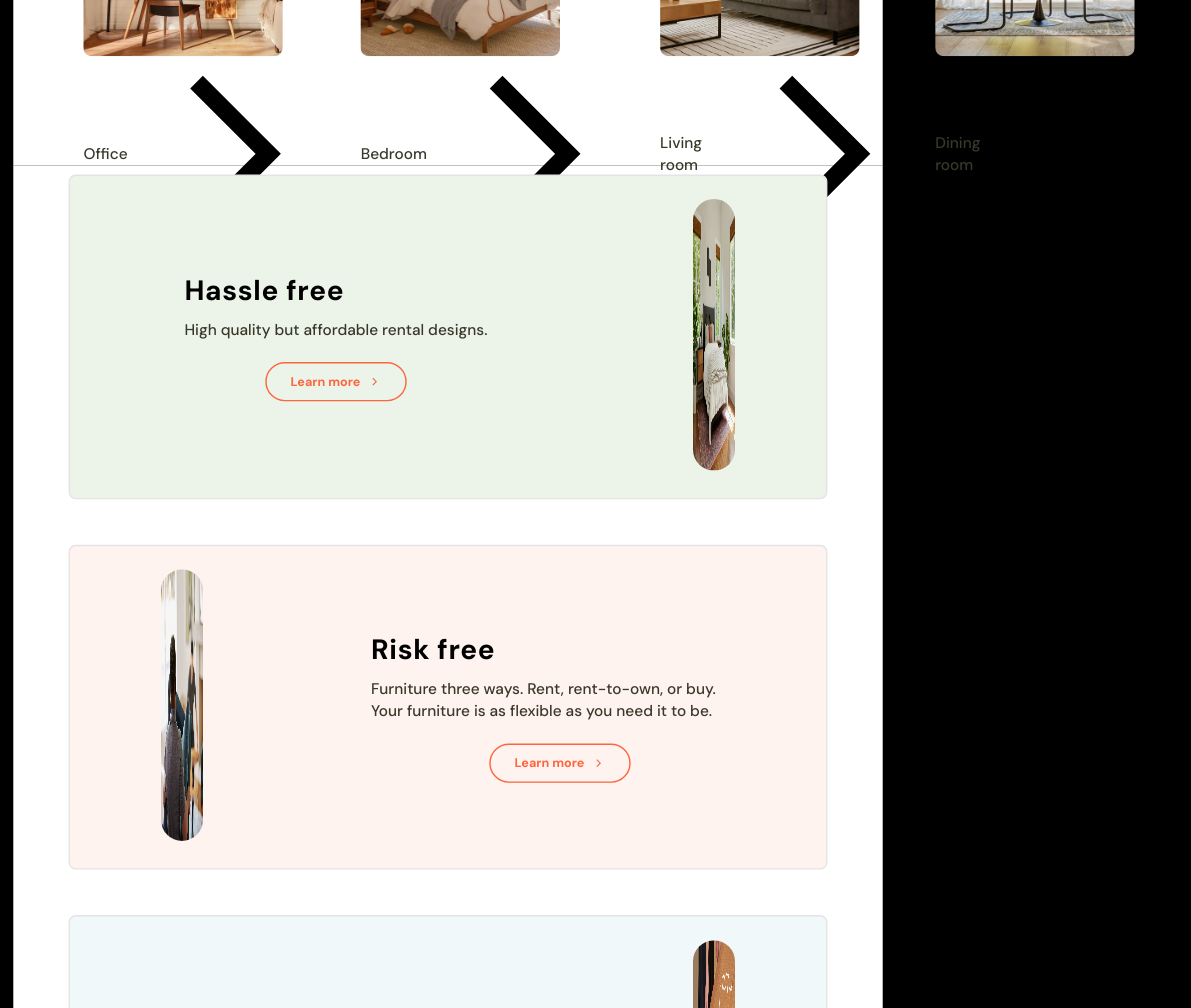
Repository: noman-source/Furniture-website
Page: index.html
These files come from the project's save history. The page is drawn as it stood at one moment and after the next save; the edit follows.
The browser window is 1280 px wide. The page is 1702 px wide, so the pictures cover 1702 px, including what lies to the right of the window. The pictures show the part of the page from y = 1565 to 3005 px (the page is 4311 px tall), at 70% of full size.

Above is the page before, as saved 2025-07-04 13:07:15.

### index.html
<!DOCTYPE html>
<html lang="en">

<head>
    <meta charset="UTF-8">
    <meta name="viewport" content="width=device-width, initial-scale=1.0">
    <title>Document</title>
    <link rel="stylesheet" href="style.css">
</head>

<body>
    <header>
        <div class="navbar">
            <div class="nav-left">
                <ul>
                    <li>Cards</li>
                    <li>About</li>
                    <li>App</li>
                </ul>
            </div>
            <div class="nav-center">
                <ul>
                    <li><img src="asserts/svg/navbar-logo.svg" alt=""></li>
                    <li>Halal_Lab</li>
                </ul>
            </div>
            <div class="nav-right"><button><img src="asserts/svg/search.svg" alt="">Check delivery area</button></div>
        </div>
    </header>
    <main>
        <div class="section1">
            <div class="section1-left">
                <div class="section1-text">
                    <h2>An innovative way to make furniture lighter</h2>
                    <h4>Discover hassle-free delivery, free assembly and the flexibility to rent, rent-to-own or buy.
                    </h4>
                    <div class="section1-butt"><button>
                            <p>Start shopping</p><img src="asserts/svg/arrow.svg" alt="">
                        </button></div>
                </div>
            </div>
            <div class="section1-right">
                <img src="asserts/image/img 1.jpg" alt="">
            </div>
        </div>
        <div class="section2">
            <ul>
                <li><img src="asserts/svg/checkmark-circle-01.svg" alt="">Fast, free delivery & assembly</li>
                <li><img src="asserts/svg/checkmark-circle-01.svg" alt="">Convenient rent or buy options</li>
                <li><img src="asserts/svg/checkmark-circle-01.svg" alt="">Low upfront costs for all rentals</li>
                <li><img src="asserts/svg/checkmark-circle-01.svg" alt="">Flexibility to buy out rental items later</li>
            </ul>
        </div>
        <div class="section3">
            <p>About our product</p>
            <div class="section3-content">
                <div class="box box1">
                    <div class="circle"><img src="asserts/svg/upload-03.svg" alt=""></div>
                    <p>We provide a high quality rental at an affordable price</p>
                </div>
                <div class="box box2">
                    <div class="circle"><img src="asserts/svg/drawing-mode.svg" alt=""></div>
                    <p>Feather has made furniture rentals
                        cool again.</p>
                </div>
                <div class="box box3">
                    <div class="circle"><img src="asserts/svg/cabinet-01.svg" alt=""></div>
                    <p>Ease the pain of moving from
                        apartment to apartment.</p>
                </div>

            </div>
        </div>
        <div class="section4">
            <p>Browse by room</p>
            <div class="section4-content">
                <div class="box box1"><img src="asserts/image/img 2.png" alt="">
                    <p>Office <img src="asserts/svg/Vector.svg" alt=""></p>
                </div>
                <div class="box box2"><img src="asserts/image/img 3.png" alt="">
                    <p>Bedroom <img src="asserts/svg/Vector.svg" alt=""></p>
                </div>
                <div class="box box3"><img src="asserts/image/img 4.png" alt="">
                    <p>Living room <img src="asserts/svg/Vector.svg" alt=""></p>
                </div>
                <div class="box box4"><img src="asserts/image/img 5.png" alt="">
                    <p>Dining room <img src="asserts/svg/Vector.svg" alt=""></p>
                </div>
            </div>
        </div>
        <div class="section5">
            <div class="section5-top">
                <div class="left">
                    <div class="text">
                        <h3>Hassle free</h3>
                        <p>High quality but affordable rental designs.</p>
                    </div>
                    <div class="button"><button>Learn more <img src="asserts/svg/arrow-down-01.svg" alt=""></button>
                    </div>
                </div>
                <div class="right"><img src="asserts/image/img 6.png" alt=""></div>
            </div>
            <div class="section5-middle">
                <div class="right"><img src="asserts/image/img 7.png" alt=""></div>
                <div class="left">
                    <div class="text">
                        <h3>Risk free</h3>
                        <p>Furniture three ways. Rent, rent-to-own, or buy. Your furniture is as flexible as you need it
                            to be.</p>
                    </div>
                    <div class="button"><button>Learn more <img src="asserts/svg/arrow-down-01.svg" alt=""></button>
                    </div>
                </div>
            </div>
            <div class="section5-end">
                <div class="left">
                    <div class="text">
                        <h3>Waste free</h3>
                        <p>Last year we saved 522 tons of furniture from landfills. With your help, we can do even more.
                        </p>
                    </div>
                    <div class="button"><button>Learn more <img src="asserts/svg/arrow-down-01.svg" alt=""></button>
                    </div>
                </div>
                <div class="right"><img src="asserts/image/img 8.png" alt=""></div>
            </div>
        </div>
        <div class="section6">
            <div class="section6-content">
                <h3>Shop what’s new</h3>
                <div class="boxes">
                    <div class="box">
                        <div class="box-top"><img src="asserts/image/img 9.png" alt=""></div>
                        <div class="box-bottom">
                            <h4>Valencia Modular </h4>
                            <p>$2,999</p>
                        </div>
                    </div>
                    <div class="box">
                        <div class="box-top"><img src="asserts/image/img 10.png" alt=""></div>
                        <div class="box-bottom">
                            <h4>The Floyd sofa</h4>
                            <p>$1200</p>
                        </div>
                    </div>
                    <div class="box">
                        <div class="box-top"><img src="asserts/image/img 11.png" alt=""></div>
                        <div class="box-bottom">
                            <h4>Playa Outdoor</h4>
                            <p>$1999</p>
                        </div>
                    </div>
                    <div class="box">
                        <div class="box-top"><img src="asserts/image/img 12.png" alt=""></div>
                        <div class="box-bottom">
                            <h4>Remi standing</h4>
                            <p>$2,999</p>
                        </div>
                    </div>
                </div>
            </div>
        </div>
    </main>

    <footer>
        <div class="boxes">
            <div class="box box1">
                <div class="box1-top">
                    <p>Be in the know<br>
                        Get the latest products, promotions, and design tips in your inbox. Sign up and get 25% off your
                        first month.</p>
                </div>
                <div class="box1-bottom"><input type="email"placeholder="Email"><button>Submit</button></div>
            </div>
            <div class="box box2"><ul>
                <li>Shop</li>
                <li>The Goods</li>
                <li>Feather for Business</li>
                <li>Get design help</li>
            </ul></div>
            <div class="box box3"><ul>
                <li>Help</li>
                <li>hello@livefeather.com</li>
                <li>FAQs</li>
            </ul></div>
            <div class="box box4"><ul>
                <li>Follow us</li>
                <li><img src="asserts/svg/Instagram.svg" alt=""><img src="asserts/svg/Twitter.svg" alt=""><img src="asserts/svg/pinterest.svg" alt=""><img src="asserts/svg/Facebook.svg" alt=""><img src="asserts/svg/linkdin.svg" alt=""></li>
            </ul></div>
        </div>
    </footer>

</body>

</html>

### style.css
@import url('https://fonts.googleapis.com/css2?family=DM+Sans:ital,opsz,wght@0,9..40,100..1000;1,9..40,100..1000&display=swap');
@import url('https://fonts.googleapis.com/css2?family=DM+Sans:ital,opsz,wght@0,9..40,100..1000;1,9..40,100..1000&display=swap');
@import url('https://fonts.googleapis.com/css2?family=DM+Sans:ital,opsz,wght@0,9..40,100..1000;1,9..40,100..1000&display=swap');

body {
    font-family: "DM Sans", sans-serif;
    background-color: black;
}

.website {
    background-color: white;
}

* {
    margin: 0;
    padding: 0;
}

header .navbar {
    width: 97%;
    margin: auto;
    height: 72px;
    display: flex;
    justify-content: space-around;
    align-items: center;
    background-color: rgb(246, 244, 244);
    gap: 13%;
    border-bottom: 1px solid #E4E4E4;
}

header .navbar .nav-left {
    font-size: 16px;
    font-weight: 500;
    line-height: 24px;
    letter-spacing: -1%;
}

header .navbar .nav-left ul {
    display: flex;
    justify-content: center;
    align-items: center;
    gap: 50px;
}

header .navbar .nav-left ul li {
    list-style-type: none;
}

header .navbar .nav-center ul {
    display: flex;
    justify-content: center;
    align-items: center;
    gap: 10px;
    font-family: "Ramabhadra", sans-serif;
}

header .navbar .nav-center ul li {
    list-style-type: none;
    font-size: 18px;
    font-weight: 400;
    display: flex;
    justify-content: center;
    align-items: center;
}

header .navbar .nav-right button {
    width: 130%;
    height: 40px;
    background-color: #FD653E;
    border-radius: 32px;
    border: none;
    transform: translateX(-50px);
    display: flex;
    justify-content: center;
    align-items: center;
    gap: 15px;
    font-size: 16px;
    font-weight: 700;
    color: white;
}

main .section1 {
    width: 97%;
    margin: auto;
    height: 588px;
    background-color: #FFF3EF;
    display: flex;
    justify-content: space-around;
    align-items: center;
}

main .section1 .section1-right {
    width: 50%;
    display: flex;
    justify-content: center;
    align-items: center;
}

main .section1 .section1-left {
    width: 50%;
}

main .section1 .section1-left .section1-text {
    width: 70%;
    margin: auto;
    height: 250px;
    display: flex;
    flex-direction: column;
    gap: 20px;
}

main .section1 .section1-left .section1-text h2 {
    font-size: 48px;
    font-weight: 700;
}

main .section1 .section1-left .section1-text p {
    font-size: 18px;
    font-weight: 400;
    color: #39382A;
}

main .section1 .section1-left .section1-text button {
    width: 235px;
    height: 56px;
    display: flex;
    justify-content: center;
    align-items: center;
    gap: 10px;
    border-radius: 32px;
    border: transparent;
    background-color: #ED653B;
}

main .section1 .section1-left .section1-text button p {
    color: white;
    font-size: 20px;
    font-weight: 700;
    font-family: "DM Sans", sans-serif;
}

main .section1 .section1-right img {
    width: 645px;
    border-radius: 12px;
}

.section2 {
    height: 74px;
    width: 97%;
    margin: auto;
    background-color: #ECF4E9;
}

.section2 ul {
    height: 74px;
    display: flex;
    justify-content: space-between;
    align-items: center;
}

.section2 ul li {
    font-family: "DM Sans", sans-serif;
    list-style-type: none;
    display: flex;
    justify-content: center;
    align-items: center;
    gap: 5px;
    font-size: 18px;
    font-weight: 400;
}

.section3 {
    width: 97%;
    margin: auto;
    height: 516px;
    background-color: white;
}

.section3>p {
    font-size: 40px;
    font-weight: 700;
    height: 170px;
    display: flex;
    color: #39302A;
    justify-content: center;
    align-items: center;
}

.section3-content {
    display: flex;
    justify-content: center;
    align-items: center;
    gap: 32px;
}

.section3-content .box {
    width: 392px;
    border-radius: 12px;
    height: 244px;
    display: flex;
    align-items: center;
    justify-content: center;
    flex-direction: column;
    gap: 50px;
    box-shadow: 12px 16px 50px 0px #9A9A9A1F;
}

.section3-content .box .circle {
    width: 50px;
    height: 50px;
    transform: translateY(30px);
    gap: 10px;
    border-radius: 99px; /* Corrected to 99px based on later image */
    padding: 16px; /* Corrected to 16px based on later image */
    background-color: #E3E3E373; /* Corrected to #E3E3E3 based on later image */
}

.section3-content .box p {
    width: 373px;
    margin: auto;
    display: flex;
    font-family: DM Sans;
    font-weight: 500;
    font-size: 22px;
    line-height: 32px;
    text-align: center;
    /* letter-spacing: 0%; */
    /* vertical-align: middle; */
}

.section4 {
    width: 97%;
    margin: auto;
    height: 551px;
    background-color: white;
}

.section4>p {
    font-weight: 700;
    font-size: 40px;
    line-height: 56px;
    letter-spacing: -0.96px;
    padding-top: 50px;
    padding-left: 100px; /* Added based on later image */
}

.section4 .section4-content {
    height: 287px;
    display: flex;
    justify-content: flex-start;
    padding-left: 100px;
    padding-top: 50px;
    gap: 32px;
}

.section4 .section4-content .box {
    height: 287px;
    display: flex;
    flex-direction: column;
    gap: 20px;
}

.section4 .section4-content .box img {
    height: 239px;
    width: 285px;
    border-radius: 12px;
}

.section4 .section4-content .box p {
    font-family: DM Sans;
    font-weight: 500;
    font-size: 22px;
    line-height: 32px;
    display: flex;
    gap: 16px; /* Corrected to 16px based on later image */
    justify-content: flex-start;
    align-items: center; /* Added based on later image */
    color: #39382A; /* Added based on later image */
}

.section5 {
    height: 1548px;
    background-color: white;
    width: 97%;
    margin: auto;
    display: flex;
    justify-content: center;
    align-items: center;
    flex-direction: column;
    gap: 40px;
}

.section5 > .section5-top,
.section5-middle,
.section5-end {
    height: 460px;
    border: 2px solid #E4E4E4;
    width: 87%;
    margin: auto;
    border-radius: 10px;
}

.section5 .section5-top {
    background-color: #ECF4E9;
    display: flex;
    justify-content: space-around;
    align-items: center;
}

.section5 .section5-middle {
    background-color: #FEF3EE;
    display: flex;
    justify-content: space-around;
    align-items: center;
}

.section5 .section5-end {
    background-color: #F0F8FA;
    display: flex;
    justify-content: space-around;
    align-items: center;
}

.section5 .right img {
    width: 60px;
    height: 388px;
    border-radius: 60px;
}

.section5 .left {
    width: 50%;
    display: flex;
    flex-direction: column;
    justify-content: center;
    align-items: center;
    gap: 30px;
}

.section5 .left .text {
    display: flex;
    flex-direction: column;
    gap: 16px;
}

.section5 .left .button {
    display: flex;
    justify-content: flex-start;
}

.section5 .left .text button {
    width: 400px;
}

.section5 .right {
    padding: 20px;
}

.section5 h3 {
    font-weight: 700;
    font-size: 40px;
    line-height: 50px;
    letter-spacing: 0.96px;
}

.section5 p {
    font-family: DM Sans;
    font-weight: 500;
    font-size: 22px;
    line-height: 32px;
    letter-spacing: 0%; /* Added based on later image */
    vertical-align: middle; /* Added based on later image */
    color: #39382A; /* Added based on later image */
}

.section5 .left button {
    width: 202px;
    height: 56px;
    gap: 10px;
    border-width: 1px;
    padding-top: 16px;
    padding-right: 32px;
    padding-bottom: 16px;
    padding-left: 32px;
    border-radius: 32px;
    background-color: transparent;
    border: 2px solid #FD653E;
    color: #FD653E;
    display: flex;
    justify-content: center;
    align-items: center;
    font-family: DM Sans;
    font-weight: 700;
    font-size: 18px;
}

.section6 {
    background-color: white;
    height: 730px;
    width: 97%;
    margin: auto;
}

.section6 img {
    width: 286px;
    height: 203px;
    border-radius: 12px;
}

.section6 .section6-content {
    height: 548px;
    background-color: #FFFCF8;
    width: 90.7%;
    margin: auto;
    padding-left: 180px;
    padding-top: 80px;
    display: flex;
    flex-direction: column;
    gap: 20px;
}

.section6-content .boxes {
    display: flex;
    gap: 32px;
}

.section6-content .boxes .box {
    display: flex;
    flex-direction: column;
    gap: 19px;
}

.section6 h2 {
    font-family: Circular Std;
    font-weight: 700;
}

.section6 h3 {
    /* font-family: Circular Std; */
    font-weight: 700;
    font-size: 40px;
    line-height: 50px;
    letter-spacing: 0px;
    vertical-align: middle;
    color: #39382A;
}

.section6-content .box-bottom {
    display: flex;
    flex-direction: column;
    gap: 4px;
}

.section6-content .box-bottom h4 {
    font-family: DM Sans;
    font-weight: 500;
    font-size: 18px;
    line-height: 26px;
    letter-spacing: 0%;
    vertical-align: middle;
    color: #39382A;
}

.section6-content .box-bottom p {
    font-family: DM Sans;
    font-weight: 500;
    font-size: 10px;
    line-height: 14px;
    letter-spacing: 0%;
    vertical-align: middle;
    color: #ED653B;
}

footer {
    border-top: 1px solid #DC0805;
    width: 97%;
    background-color: white;
    height: 230px;
    margin: auto;
    display: flex;
    justify-content: center;
    align-items: center;
    /* transform: translateY(130px); */
}

footer .boxes {
    display: grid;
    grid-template-columns: 403px 180px 180px 170px;
    width: 85%;
    margin: auto;
    /* background-color: #39382A; */
    height: 144px;
    justify-content: space-between;
}

footer .boxes .box1 {
    display: flex;
    flex-direction: column;
    gap: 20px;
}

footer .boxes .box1-top {
    font-family: DM Sans;
    font-weight: 700;
    font-size: 34px;
}

footer .boxes .box1 .box1-top {
    font-weight: 400;
    font-size: 14.13px;
    line-height: 24px;
    letter-spacing: 0%;
    vertical-align: middle;
}

footer .boxes .box1 .box1-bottom {
    display: flex;
    gap: 16px;
    justify-content: center;
    align-items: center;
}

footer .boxes .box1 .box1-bottom input {
    width: 245px;
    height: 48px;
    border: 1px solid #EDEDED;
    border-radius: 32px;
    outline: none;
}

footer .boxes .box1 .box1-bottom input::placeholder {
    transform: translateX(20px);
    font-family: DM Sans;
    font-weight: 500;
    font-size: 16px;
    line-height: 24px;
    letter-spacing: 1%;
    vertical-align: middle;
    color: #BABABA;
}

footer .boxes .box1 .box1-bottom button {
    width: 140px;
    height: 48px;
    border-width: 1px;
    border-radius: 48px;
    border: 1px solid #ED653B;
    background-color: transparent;
    font-family: DM Sans;
    font-weight: 500;
    font-size: 16px;
    line-height: 24px;
    letter-spacing: 1%;
    vertical-align: middle;
    color: #ED653B;
}

footer .boxes ul li:first-child {
    font-weight: 500;
    font-size: 16px;
    letter-spacing: 0.16px;
    color: #2A2A2D;
}

footer .boxes ul {
    display: flex;
    flex-direction: column;
    gap: 16px;
}

footer .boxes ul li {
    list-style-type: none;
    font-family: DM Sans;
    font-weight: 400; /* Added based on latest image */
    font-size: 16px; /* Added based on latest image */
    color: #39382A; /* Added based on latest image */
}

footer .boxes .box4 li:last-of-type {
    display: flex;
    justify-content: space-between;
    align-items: center;
}

After the next save:
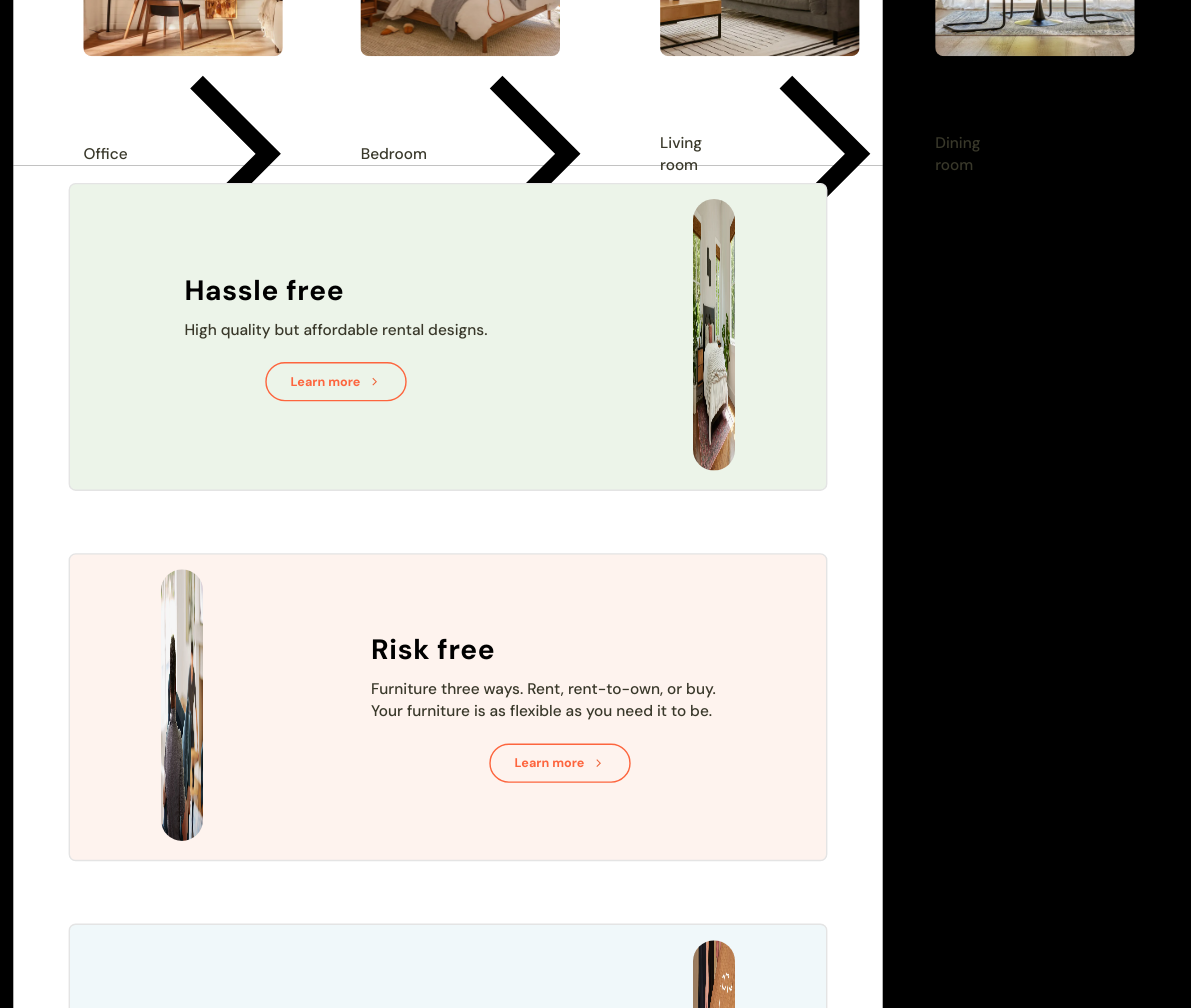
Saved 4 s later.
--- a/style.css
+++ b/style.css
@@ -293,7 +293,7 @@
 .section5 > .section5-top,
 .section5-middle,
 .section5-end {
-    height: 460px;
+    height: 436px;
     border: 2px solid #E4E4E4;
     width: 87%;
     margin: auto;
